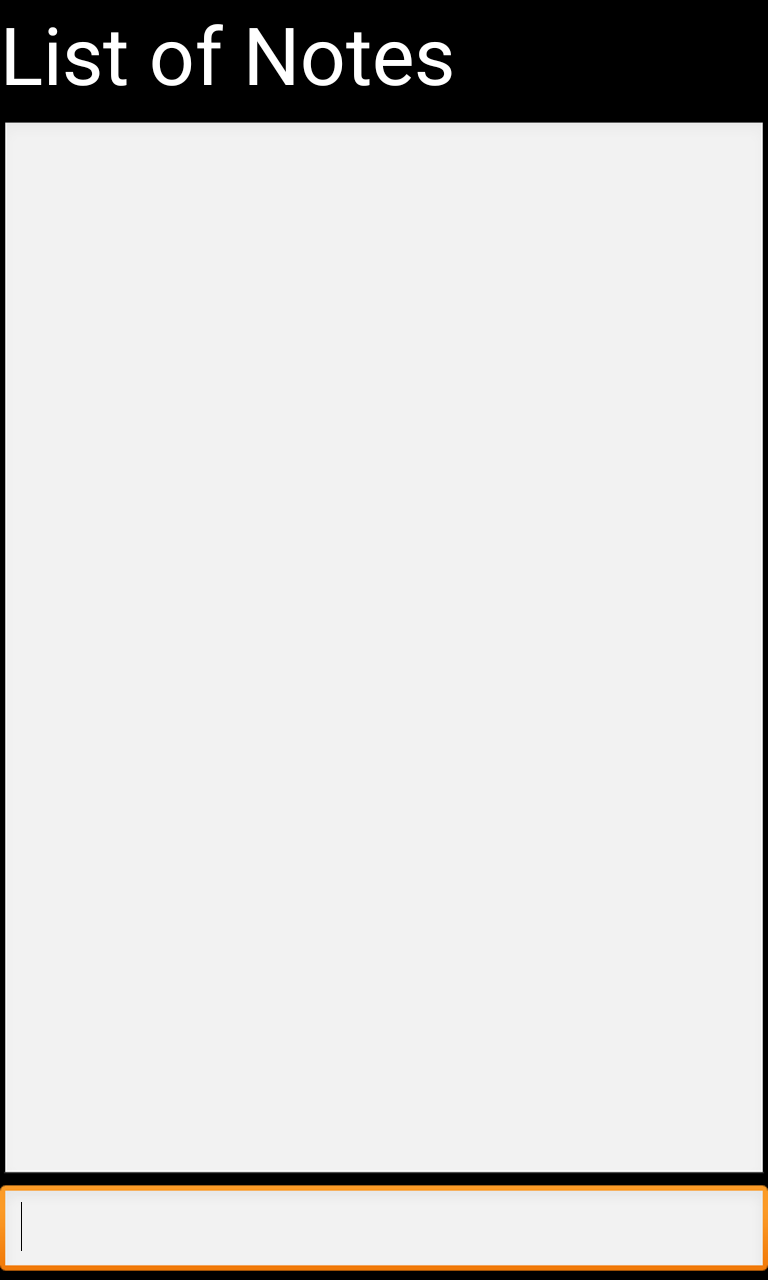
Repository: sandrapatfer/PROMPT11-10-CloudComputing.sandrapatfer
Layout: src/FinalWork/AndroidCloudNotes/AndroidCloudNotes/res/layout/tasklist_item_view.xml
These files come from the project's save history. The layout is drawn as it stood at one moment and after the next save; the edit follows.
It is drawn on a 768 x 1280 px phone screen (xhdpi) without system bars, with theme android:Theme; the app's code is not run.

Above is the layout before, as saved 2012-06-03 20:17:50.

### src/FinalWork/AndroidCloudNotes/AndroidCloudNotes/res/layout/tasklist_item_view.xml
<?xml version="1.0" encoding="utf-8"?>
<LinearLayout xmlns:android="http://schemas.android.com/apk/res/android"
    android:layout_width="match_parent"
    android:layout_height="match_parent"
    android:orientation="vertical" >


   <TextView
        android:id="@+id/textView1"
        android:layout_width="match_parent"
        android:layout_height="60dp"
        android:text="@string/tasklist_title"
        android:textAppearance="?android:attr/textAppearanceLarge"
        android:textSize="40dp" />

   <TextView
       android:id="@+id/textView2"
       android:layout_width="wrap_content"
       android:text="@string/name_label" />

        <EditText
            android:id="@+id/editText1"
            android:layout_width="match_parent"
            android:layout_height="wrap_content"
            android:layout_weight="1" />

        <TextView
            android:id="@+id/textView3"
            android:layout_width="wrap_content"
            android:text="@string/description_label" />


    <EditText
        android:id="@+id/editText2"
        android:layout_width="match_parent"
        android:layout_height="wrap_content"
        android:inputType="textMultiLine" >

        <requestFocus />
    </EditText>

</LinearLayout>

### src/FinalWork/AndroidCloudNotes/AndroidCloudNotes/res/values/strings.xml
<?xml version="1.0" encoding="utf-8"?>
<resources>

    <string name="hello">Hello World, AndroidCloudNotesActivity!</string>
    <string name="app_name">Prompt Cloud Notes for Android</string>
    <string name="tasklistitem_label">"List: "</string>
    <string name="tasklists_title">Lists of Notes</string>
    <string name="tasklist_title">List of Notes</string>
    <string name="tasklist_createnew_label">Add List</string>
    <string name="name_label">Name:</string>
    <string name="description_label">Description:</string>

</resources>

After the next save:
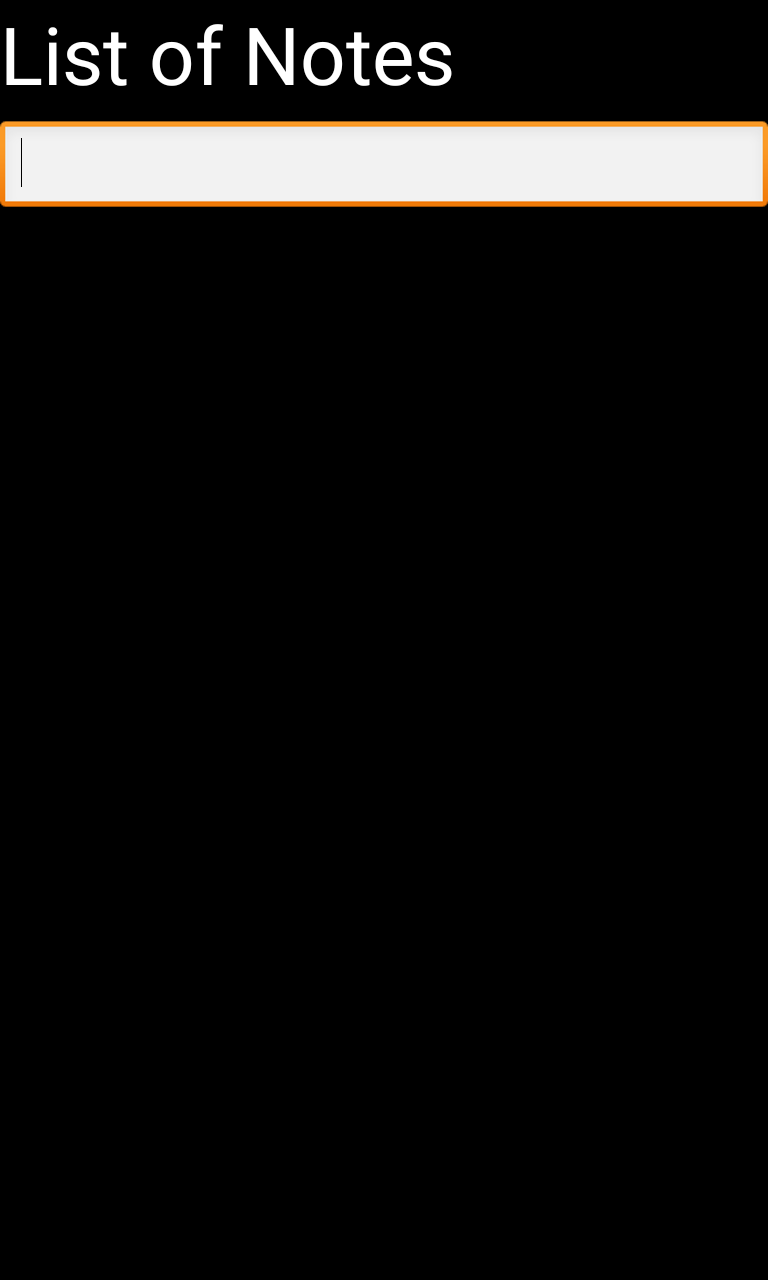
Saved 39 s later.
--- a/src/FinalWork/AndroidCloudNotes/AndroidCloudNotes/res/layout/tasklist_item_view.xml
+++ b/src/FinalWork/AndroidCloudNotes/AndroidCloudNotes/res/layout/tasklist_item_view.xml
@@ -21,8 +21,7 @@
         <EditText
             android:id="@+id/editText1"
             android:layout_width="match_parent"
-            android:layout_height="wrap_content"
-            android:layout_weight="1" />
+         />
 
         <TextView
             android:id="@+id/textView3"
